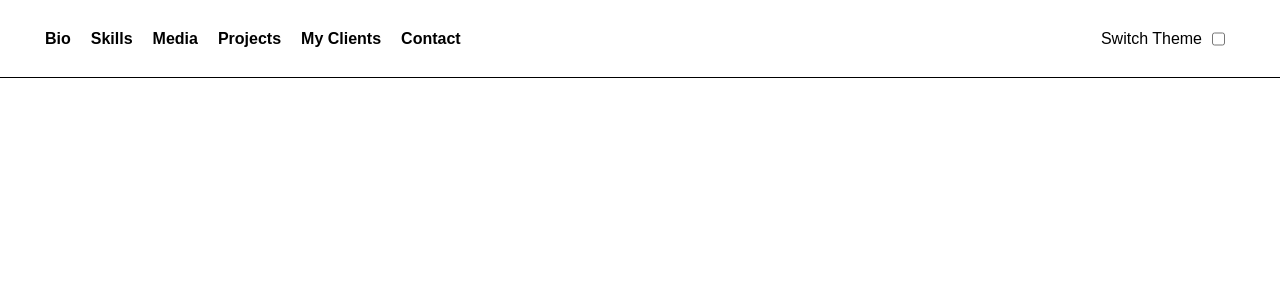
Repository: benarafa1/personal-website
Page: index.html
These files come from the project's save history. The page is drawn as it stood at one moment and after the next save; the edit follows.
The browser window is 1280 px wide. The pictures show the whole page.

Above is the page before, as saved 2025-04-11 17:06:40.

### index.html
<!DOCTYPE html>
<html lang="en">
  <head>
    <meta charset="UTF-8" />
    <meta name="viewport" content="width=device-width, initial-scale=1.0" />
    <link rel="preconnect" href="https://fonts.googleapis.com" />
    <link rel="preconnect" href="https://fonts.gstatic.com" crossorigin />
    <link
      href="https://fonts.googleapis.com/css2?family=Quicksand:wght@300..700&
      family=Roboto:ital,wght@0,100;0,300;0,400;0,500;0,700;0,900;1,100;1,300;1,400;1,500;1,700;1,900&display=swap"
      rel="stylesheet"
    />
    <link rel="stylesheet" href="style.css" />
    <title>Amar Arafa</title>
  </head>

  <body>
    <div class="container">
      <header class="header">
        <nav class="navigation">
          <ul class="nav-list">
            <li><a class="nav-link" href="#">Bio</a></li>
            <li><a class="nav-link" href="#">Skills</a></li>
            <li><a class="nav-link" href="#">Media</a></li>
            <li><a class="nav-link" href="#">Projects</a></li>
            <li><a class="nav-link" href="#">My Clients</a></li>
            <li><a class="nav-link" href="#">Contact</a></li>
          </ul>
        </nav>
        <div class="toggle">
          <h3>Switch Theme</h3>
          <input type="checkbox" name="toggle-checkbox" id="checkbox" />
          <label for="checkbox" class="toggle-label"></label>
        </div>
      </header>
    </div>
  </body>
</html>

### style.css
:root {
  --container-width: 119rem;
  --gutter: 2rem;
  --color-black: #000;
  --color-white: #fff;
  --color-blue: #2374e1;
  --color-light-blue: #1d9bf0;
  --color-dark-blue: #0a66c2;
  --color-darker-blue: #143ce8;
  --color-red: #ff0000;
  --color-green: #03a696;
  --color-grey: #f6f6f6;
  --color-dark-green: #42959b;
  --color-background: var(--color-white);
  --color-text: var(--color-black);
  --color-box-img: var(--color-black);
  --color-link-bg: var(--color-black);
  --color-input-border: var(--color-black);
  --font-family-Roboto: "Roboto", sans-serif;
  --font-family-Quicksand: "raleway", sans-serif;
  --font-weight-regular: 400;
  --font-weight-medium: 500;
  --font-weight-semi-bold: 600;
  --font-weight-bold: 700;
  --font-size-70: 7rem;
  --font-size-65: 6.5rem;
  --font-size-40: 4rem;
  --font-size-38: 3.8rem;
  --font-size-24: 2.4rem;
  --font-size-22: 2.2rem;
  --font-size-20: 2rem;
  --font-size-18: 1.8rem;
  --font-size-15: 1.5rem;
  --transition-timing: 0.3s;
}

/* start CSS Reset */
*,
*::before,
*::after {
  box-sizing: border-box;
  margin: 0;
  padding: 0;
  font: inherit;
}

a {
  color: inherit;
  display: inline-block;
}

button {
  background-color: transparent;
  border: none;
  cursor: pointer;
}

ul,
ol {
  list-style: none;
}
/* end CSS Reset */

body {
  font-size: 1.6rem;
  font-family: var(--font-family-Quicksand);
}

html {
  font-size: 62.5%;
  scroll-behavior: smooth;
  scroll-padding-top: 11rem;
}

.container {
  margin: 0 auto;
  width: var(--container-width);
}

.nav-list {
  display: flex;
  gap: 2rem;
}
.nav-link:link,
.nav-link:visited {
  font-weight: var(--font-weight-semi-bold);
  text-decoration: none;
}

.nav-link:hover,
.nav-link:active {
  text-decoration: underline;
}

.header {
  position: relative;
  padding: 3rem 0;
  display: flex;
  justify-content: center;
}
.header::before {
  content: "";
  position: absolute;
  height: 100%;
  width: 100vw;
  top: 0;
  z-index: -1;
  border-bottom: 0.1rem solid var(--color-input-border);
}

/* toggle start */
.toggle {
  display: flex;
  gap: 1rem;
  margin-left: auto;
}

/* toggle end */

After the next save:
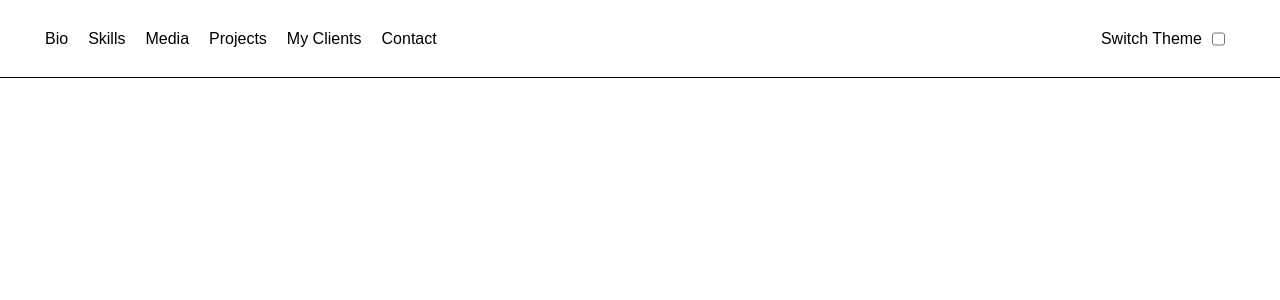
Saved 55 s later.
--- a/style.css
+++ b/style.css
@@ -83,7 +83,7 @@ html {
 }
 .nav-link:link,
 .nav-link:visited {
-  font-weight: var(--font-weight-semi-bold);
+  font-weight: var(--font-weight-medium);
   text-decoration: none;
 }
 
